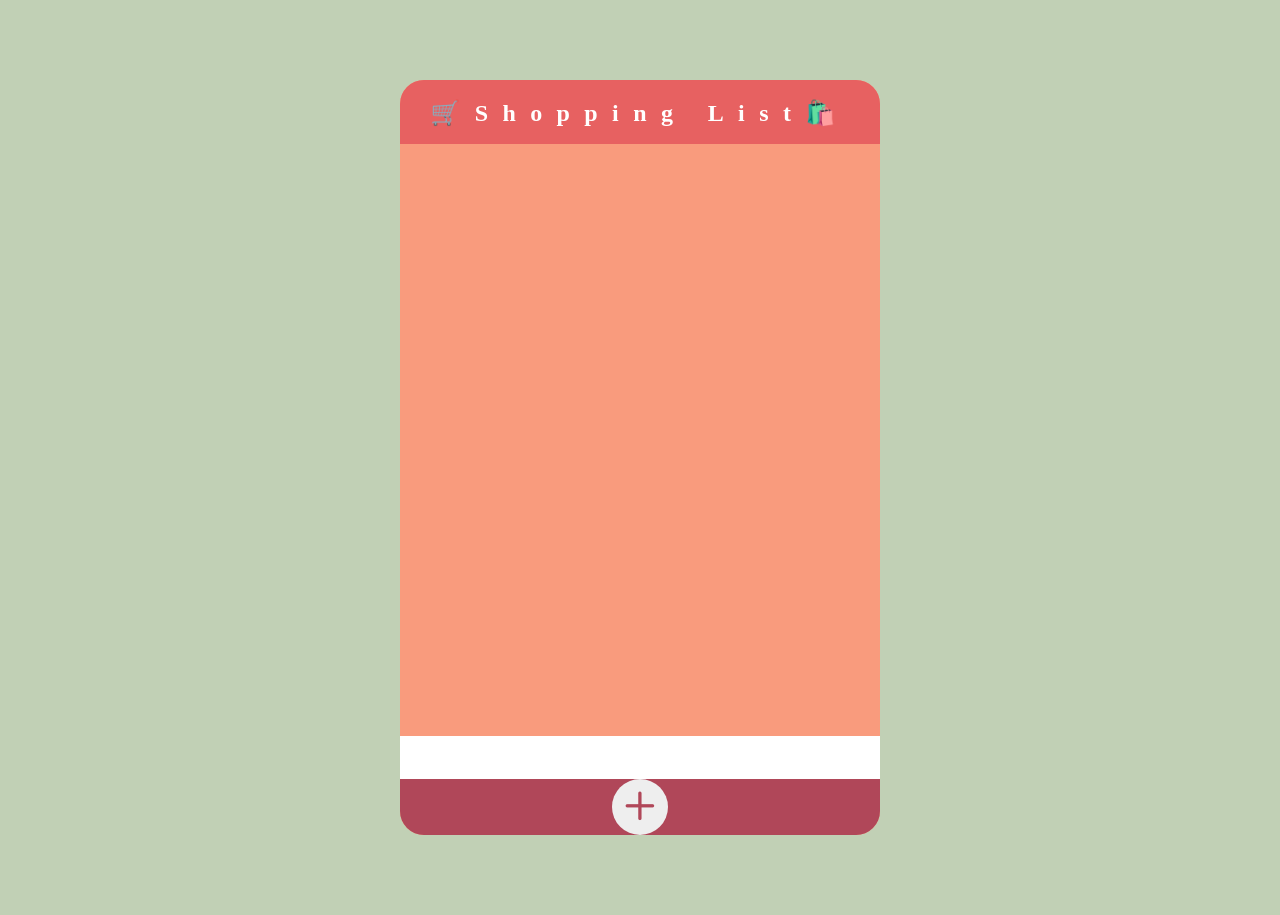
Repository: sephinejo/shopping-list-app
Page: index.html
The author's editor kept a copy of each file at every save. The page is drawn from the files as they stood at one save, then again after the next save.
The browser window is 1280 px wide. The pictures show the whole page.
Some web fonts or font styles are not loaded; a fallback is used. Some web libraries are served in a nearby version.

Above is the page before, as saved 2023-05-12 20:00:03.

### index.html
<!DOCTYPE html>
<html lang="en">
  <head>
    <meta charset="UTF-8" />
    <meta http-equiv="X-UA-Compatible" content="IE=edge" />
    <meta name="viewport" content="width=device-width, initial-scale=1.0" />
    <title>🛒Shopping List🛍️</title>
    <link rel="preconnect" href="https://fonts.googleapis.com" />
    <link rel="preconnect" href="https://fonts.gstatic.com" crossorigin />
    <link
      href="https://fonts.googleapis.com/css2?family=Alice&family=Raleway:wght@400;600;700;800&family=Ubuntu&display=swap"
      rel="stylesheet"
    />
    <script
      src="https://kit.fontawesome.com/9ac80604cb.js"
      crossorigin="anonymous"
    ></script>
    <script src="main.js" defer></script>
    <link rel="stylesheet" href="style.css" />
  </head>
  <body>
    <section class="container">
      <header class="header">🛒Shopping List🛍️</header>
      <ul class="items"></ul>
      <footer>
        <input class="footer__input" type="text" />
        <button class="footer__add">
          <i class="fa-regular fa-plus"></i>
        </button>
      </footer>
    </section>
  </body>
</html>

### style.css
* {
  box-sizing: border-box;
}

body {
  text-align: center;
  background-color: #c1d0b5;
}

.container {
  margin: 5rem auto;
  width: 30rem;
  background-color: #f99b7d;
  border-radius: 1.5rem;
}

button {
  outline: none;
  background: transparent;
  border: none;
  cursor: pointer;
}

/*
Header
*/
.header {
  height: 4rem;
  padding: 1.2rem;
  font-family: 'Alice';
  font-size: 1.5rem;
  font-weight: 700;
  color: white;
  letter-spacing: 0.9rem;
  background: #e76161;
  border-radius: 1.5rem 1.5rem 0 0;
}

/*
Items
*/
.items {
  height: 35rem;
  overflow-y: auto;
  padding: 0;
}

.item__row {
  display: flex;
  flex-direction: column;
  padding: 0.5rem 2rem;
  font-size: 1.3rem;
  font-family: 'Raleway';
  font-weight: 500;
}

.item {
  display: flex;
  justify-content: space-between;
}

.item__checkbox {
  width: 1.3rem;
  height: 1.3rem;
}

.item__divider {
  width: 98%;
  height: 1px;
  background-color: #eeeeee;
  margin: 0.5rem 0 auto;
}

.item__delete {
  transition: all 300ms ease-in;
  font-size: 1.4rem;
  color: #fff;
}

.item__delete:hover {
  color: red;
  transform: scale(1.1);
}

/*
Footer
*/
footer {
  background: #b04759;
  display: flex;
  flex-direction: column;
  border-radius: 0 0 1.5rem 1.5rem;
}

.footer__input {
  height: 2.7rem;
  border: none;
  outline: none;
  font-family: 'Ubuntu';
  font-size: 1.4rem;
  padding: 0 0.7rem;
}

.footer__add {
  height: 3.5rem;
  width: 3.5rem;
  background-color: #eee;
  border-radius: 100%;
  font-size: 2.2rem;
  margin: auto;
  color: #b04759;
  transition: transform 300ms ease-in;
}

.footer__add:hover {
  transform: scale(1.1);
}

### main.js
const items = document.querySelector('.items');
const input = document.querySelector('.footer__input');
const addBtn = document.querySelector('.footer__add');

function onAdd() {
  const text = input.value;
  if (text === '') {
    input.focus();
    return;
  }

  const item = createItem(text);
  items.appendChild(item);
  input.value = '';
  input.focus();
}

function createItem(text) {
  const itemRow = document.createElement('li');
  itemRow.setAttribute('class', 'item__row');

  const item = document.createElement('div');
  item.setAttribute('class', 'item');

  const title = document.createElement('div');
  title.setAttribute('class', 'item__name');

  const checkbox = document.createElement('input');
  checkbox.setAttribute('class', 'item__checkbox');
  checkbox.setAttribute('name', 'item__checkbox');
  checkbox.setAttribute('type', 'checkbox');

  const name = document.createElement('label');
  name.setAttribute('for', 'item__checkbox');
  name.innerText = text;

  const deleteBtn = document.createElement('button');
  deleteBtn.setAttribute('class', 'item__delete');
  deleteBtn.innerHTML = '<i class="fa-regular fa-trash-can"></i>';
  deleteBtn.addEventListener('click', () => {
    items.removeChild(itemRow);
  });

  const itemDivider = document.createElement('div');
  itemDivider.setAttribute('class', 'item__divider');

  title.appendChild(checkbox);
  title.appendChild(name);

  item.appendChild(title);
  item.appendChild(deleteBtn);

  itemRow.appendChild(item);
  itemRow.appendChild(itemDivider);
  return itemRow;
}

addBtn.addEventListener('click', () => {
  onAdd();
});

input.addEventListener('keypress', (e) => {
  console.log('key');
});

After the next save:
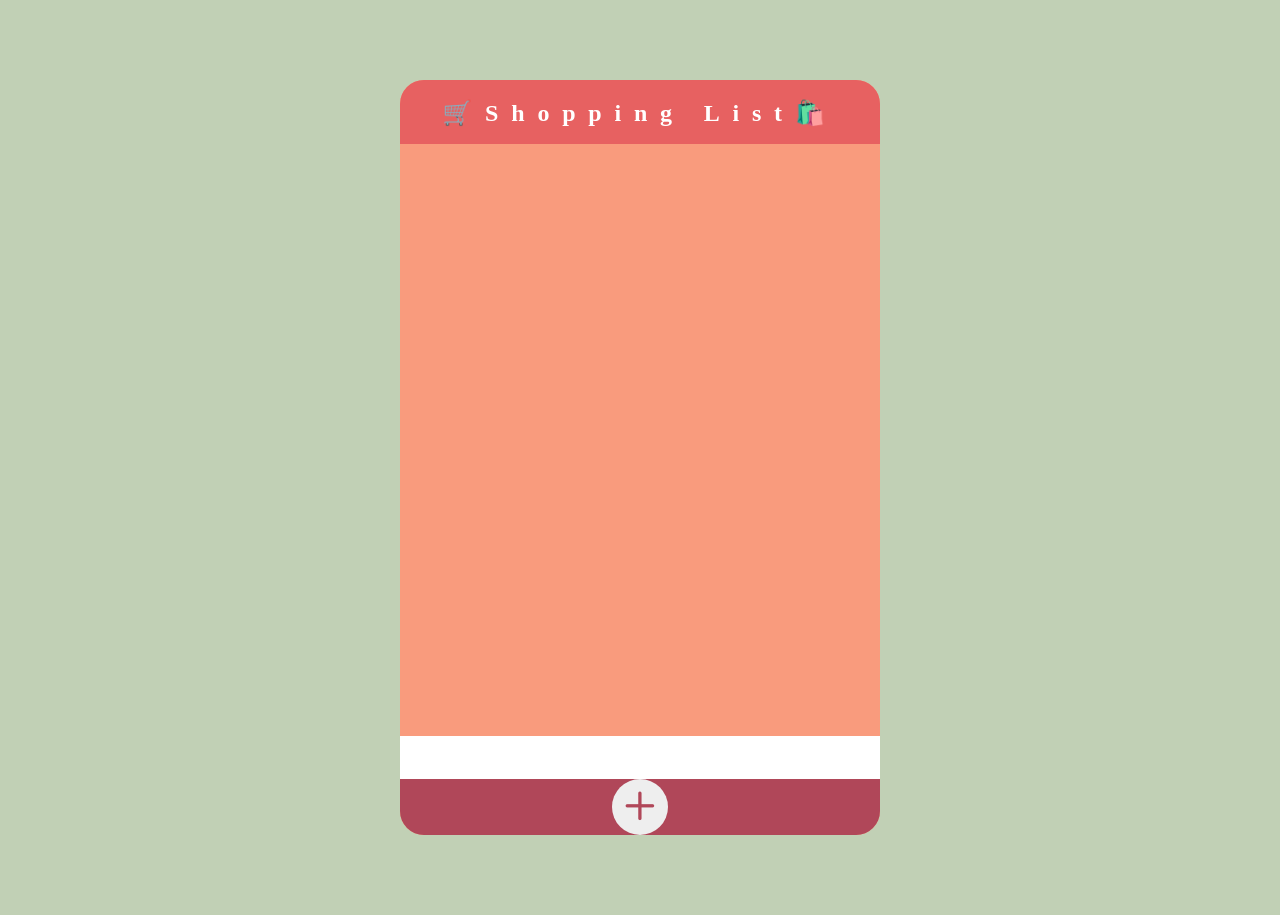
Saved 12 s later.
--- a/style.css
+++ b/style.css
@@ -31,7 +31,7 @@ Header
   font-size: 1.5rem;
   font-weight: 700;
   color: white;
-  letter-spacing: 0.9rem;
+  letter-spacing: 0.8rem;
   background: #e76161;
   border-radius: 1.5rem 1.5rem 0 0;
 }
